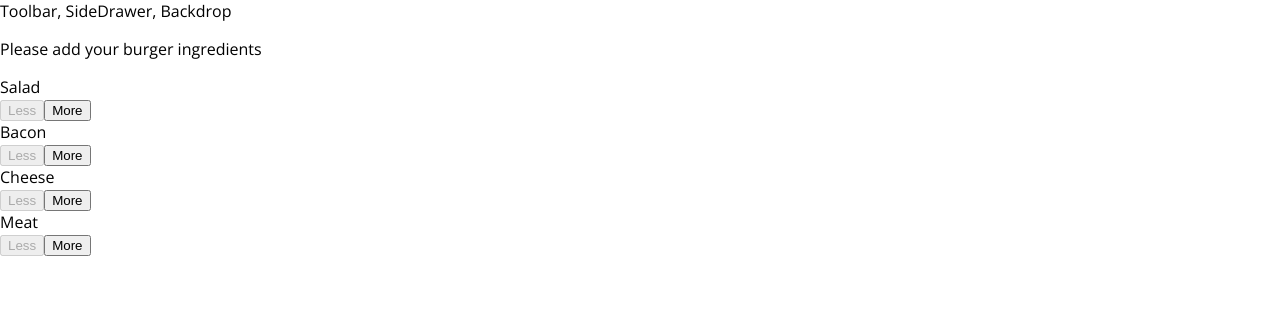
Repository: legil/burger-app
Page: /
The author's editor kept a copy of each file at every save. The page is drawn from the files as they stood at one save, then again after the next save.
The browser window is 1280 px wide. The pictures show the whole page.
The project was rebuilt for these pictures with package versions that can differ from the ones it lists, and the page was loaded fresh each time. Also part of the build but not shown: src/components/Layout/Layout.css, src/components/Burger/Burger.css, src/components/Burger/BurgerIngredient/BurgerIngredient.css, src/components/Burger/BuildControls/BuildControls.css, src/components/Burger/BuildControl/BuildControl.css.

Above is the page before, as saved 2019-04-19 01:56:03.

### public/index.html
<!DOCTYPE html>
<html lang="en">
  <head>
    <meta charset="utf-8" />
    <link rel="shortcut icon" href="%PUBLIC_URL%/favicon.ico" />
    <meta
      name="viewport"
      content="width=device-width, initial-scale=1, shrink-to-fit=no"
    />
    <meta name="theme-color" content="#000000" />
    <!--
      manifest.json provides metadata used when your web app is installed on a
      user's mobile device or desktop. See https://developers.google.com/web/fundamentals/web-app-manifest/
    -->
    <link rel="manifest" href="%PUBLIC_URL%/manifest.json" />
    <!--
      Notice the use of %PUBLIC_URL% in the tags above.
      It will be replaced with the URL of the `public` folder during the build.
      Only files inside the `public` folder can be referenced from the HTML.

      Unlike "/favicon.ico" or "favicon.ico", "%PUBLIC_URL%/favicon.ico" will
      work correctly both with client-side routing and a non-root public URL.
      Learn how to configure a non-root public URL by running `npm run build`.
    -->
    <link href="https://fonts.googleapis.com/css?family=Open+Sans:400,700" rel="stylesheet">
    <title>My Burger</title>
  </head>
  <body>
    <noscript>You need to enable JavaScript to run this app.</noscript>
    <div id="root"></div>
    <!--
      This HTML file is a template.
      If you open it directly in the browser, you will see an empty page.

      You can add webfonts, meta tags, or analytics to this file.
      The build step will place the bundled scripts into the <body> tag.

      To begin the development, run `npm start` or `yarn start`.
      To create a production bundle, use `npm run build` or `yarn build`.
    -->
  </body>
</html>

### src/components/Layout/Layout.js
import React from 'react';
import Aux from '../../hoc/Auxiliary';
import classes from './Layout.css';

const layout = (props) => (
    <Aux>
        <div>
            Toolbar, SideDrawer, Backdrop
        </div>

        <main className={classes.Content}>
            {props.children}
        </main>
    </Aux>
);

export default layout;

### src/containers/BurgerBuilder/BurgerBuilder.js
import React, { Component } from 'react';

import Aux from '../../hoc/Auxiliary';
import Burger from '../../components/Burger/Burger';
import BuildControls from '../../components/Burger/BuildControls/BuildControls';


const  INGREDIENT_PRICES = {
    salad: 0.5,
    bacon: 0.7,
    cheese: 0.4,
    meat: 1.3
}

class BurgerBuilder extends Component{
//     constructor(props){
//         super(props);
//         this.state - {...}
//     }

state = {
    ingredients: {
        salad: 0,
        bacon: 0,
        cheese: 0,
        meat: 0
    },
    totalPrice: 8
}

addIngredientHandler = (type) => {
    const oldCount = this.state.ingredients[type];
    const updatedCount = oldCount + 1;
    const updatedIngredients = {
        ...this.state.ingredients
    };
    updatedIngredients[type] = updatedCount;
    const priceAddition = INGREDIENT_PRICES[type];
    const oldPrice = this.state.totalPrice;
    const newPrice = oldPrice + priceAddition;
    this.setState({totalPrice: newPrice, ingredients: updatedIngredients});
}

removeIngredientHandler = (type) => {
    const oldCount = this.state.ingredients[type];
    if(oldCount <= 0){
        return;
    }
    const updatedCount = oldCount - 1;
    const updatedIngredients = {
        ...this.state.ingredients
    };
    updatedIngredients[type] = updatedCount;
    const priceAddition = INGREDIENT_PRICES[type];
    const oldPrice = this.state.totalPrice;
    const newPrice = oldPrice - priceAddition;
    this.setState({totalPrice: newPrice, ingredients: updatedIngredients});
}


    render () {
        const disabledInfo = {
            ...this.state.ingredients
        };
        for(let key in disabledInfo){
            disabledInfo[key] = (disabledInfo[key] <= 0)
        }
        // {salad: true, meat: false, ...}
        return (
            <Aux>
                <Burger ingredients = {this.state.ingredients} />
                <BuildControls ingredientAdded={this.addIngredientHandler}
                               ingredientRemoved={this.removeIngredientHandler}
                               disabled={disabledInfo} />
            </Aux>

        );
    }
}

export default BurgerBuilder;

### src/components/Burger/Burger.js
import React from 'react';

import classes from './Burger.css';
import BurgerIngredient from './BurgerIngredient/BurgerIngredient';

const burger = (props) => {
    //transform object of key value pairs into an array of ingredients (type and quantitity)
    let transformedIngredients = Object.keys(props.ingredients)
                                    .map(igKey => {
                                        return [...Array(props.ingredients[igKey])].map((_, i) => {
                                            return <BurgerIngredient key={igKey + i} type={igKey} />
                                        });
                                    } ).reduce((arr, el) => {
                                        return arr.concat(el)
                                    }, []);
    if(transformedIngredients.length === 0){
        transformedIngredients = <p>Please add your burger ingredients</p>

    }
    return(
        <div className = {classes.Burger}>
            <BurgerIngredient type="bread-top"/>
            {transformedIngredients}
            <BurgerIngredient type="bread-bottom"/>
        </div>
    );
};

export default burger;

### src/components/Burger/BuildControls/BuildControls.js
import React from 'react';

import classes from './BuildControls.css';
import BuildControl from '../BuildControl/BuildControl';

const controls = [
    {label: 'Salad', type: 'salad'},
    {label: 'Bacon', type: 'bacon'},
    {label: 'Cheese', type: 'cheese'},
    {label: 'Meat', type: 'meat'}
]

const buildControls = (props) => (
    <div className = {classes.BuildControls}>
        {controls.map(ctrl => (
            <BuildControl key={ctrl.label}
                          label={ctrl.label}
                          //type={ctrl.type}
                          added={() => props.ingredientAdded(ctrl.type)}
                          removed={() => props.ingredientRemoved(ctrl.type)}
                          disabled={props.disabled[ctrl.type]} />
        ))}
    </div>
);

export default buildControls

### src/components/Burger/BurgerIngredient/BurgerIngredient.js
import React, { Component } from 'react';
import classes from './BurgerIngredient.css';
import PropTypes from 'prop-types';

class BurgerIngredient extends Component{
    render(){

    let ingredient = null;

    switch(this.props.type) {
        case ('bread-bottom'):
            ingredient = <div className={classes.BreadBottom}> </div>;
            break;
        case ('bread-top'):
            ingredient = (
                <div className = {classes.BreadTop}>
                    <div className = {classes.Seeds1}></div>
                    <div className = {classes.Seeds2}></div>
                </div>
            );
            break;
        case ('meat'):
                ingredient = <div className = {classes.Meat}></div>;
                break;
        case ('cheese'):
                ingredient = <div className = {classes.Cheese}></div>;
                break;
        case ('salad'):
                ingredient = <div className = {classes.Salad}></div>;
                break;
        case ('bacon'):
                ingredient = <div className = {classes.Bacon}></div>;
                break;
        default:
            ingredient = null;

    }

    return ingredient;
}
}

BurgerIngredient.propTypes = {
    type: PropTypes.string.isRequired
};

export default BurgerIngredient;

### src/components/Burger/BuildControl/BuildControl.js
import React from 'react';

import classes from './BuildControl.css';

const buildControl = (props) => (
    <div className = {classes.BuildControl}>
        <div className = {classes.Label}>{props.label}</div>
        <button className = {classes.Less} onClick={props.removed} disabled={props.disabled}>Less</button>
        <button className = {classes.More} onClick={props.added}>More</button>
    </div>
);

export default buildControl;

Loaded but not shown: src/index.js (common file); src/index.css (common file); src/App.js (common file); src/serviceWorker.js (common file); src/hoc/Auxiliary.js (common file)

After the next save:
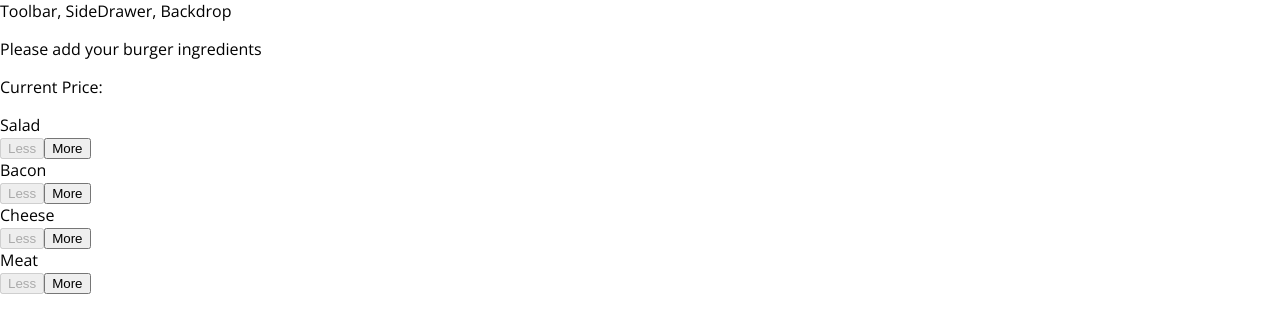
Saved 3 min 6 s later.
--- a/src/components/Burger/BuildControls/BuildControls.js
+++ b/src/components/Burger/BuildControls/BuildControls.js
@@ -12,6 +12,7 @@ const controls = [
 
 const buildControls = (props) => (
     <div className = {classes.BuildControls}>
+        <p>Current Price: {props.price} </p>
         {controls.map(ctrl => (
             <BuildControl key={ctrl.label}
                           label={ctrl.label}
